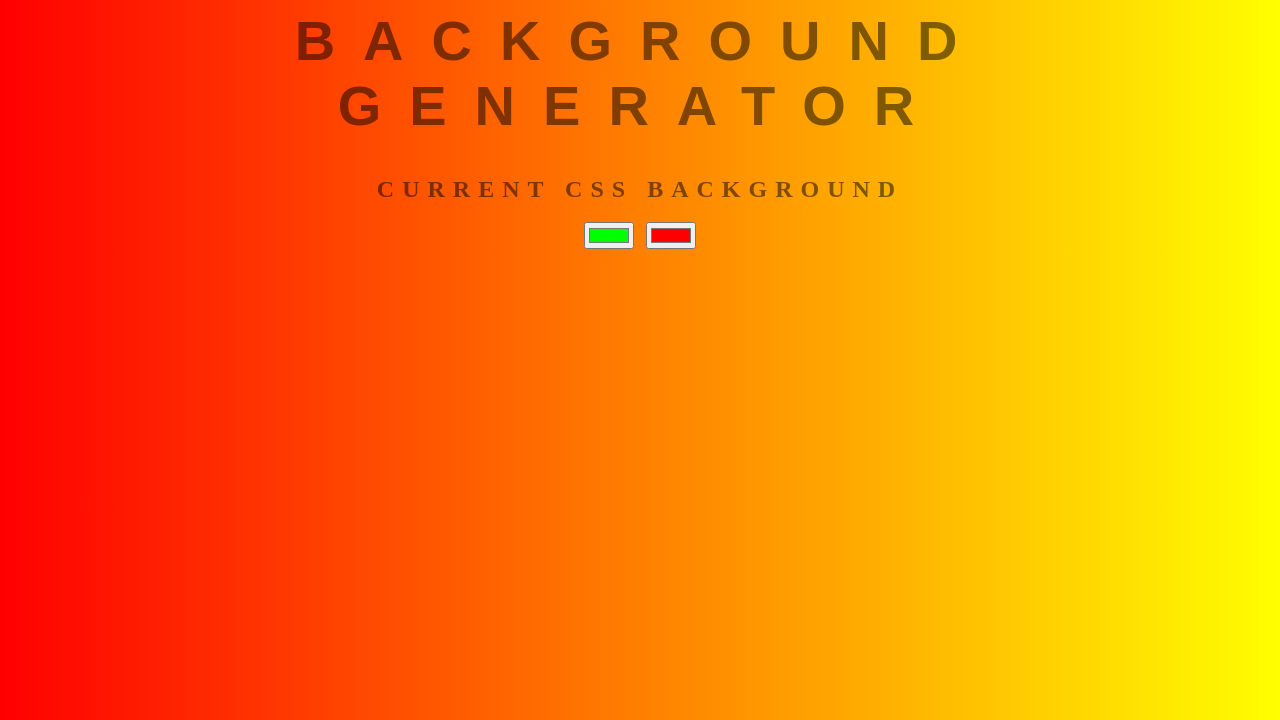
Repository: michalJanaGitHub/michalJanaGitHub.github.io
Page: projects in progress/11 Background Generator/index.html
An editor plug-in stored every save of this project. The page is shown before and after the next save, followed by the edit.
The browser window is 1280 px wide. The pictures show the whole page.

Above is the page before, as saved 2018-09-08 10:33:30.

After the next save:
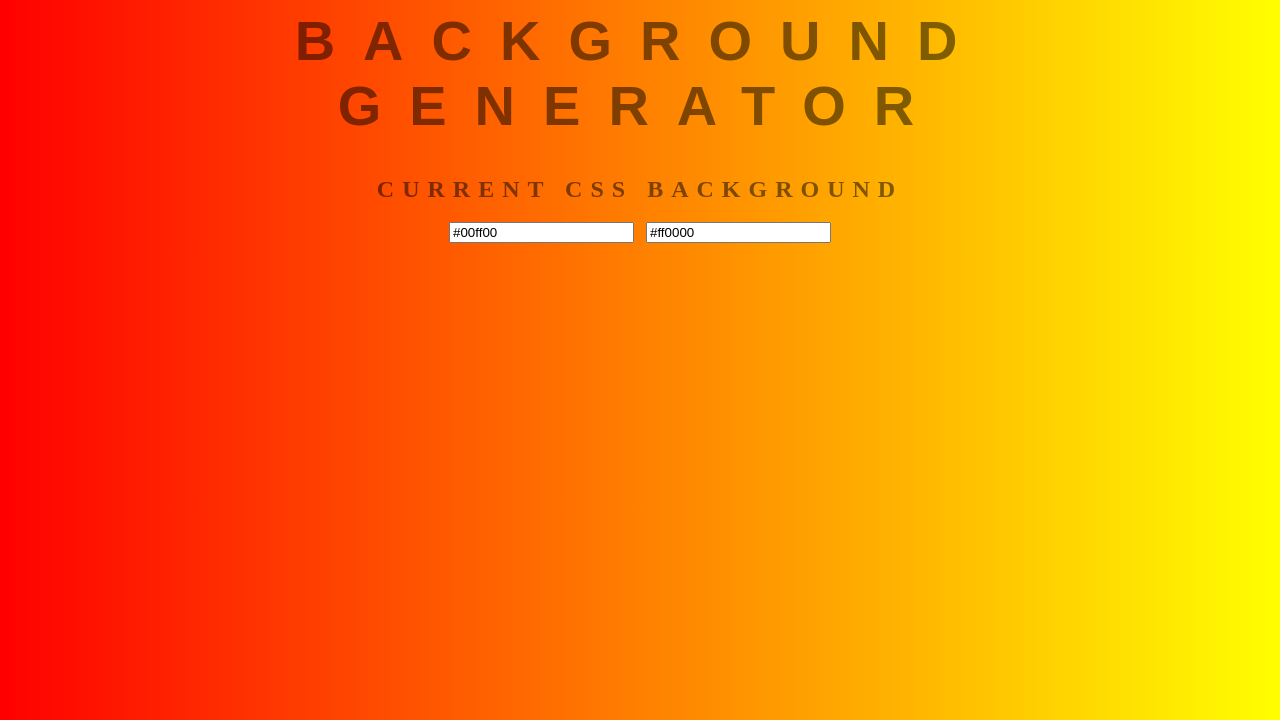
Saved 3 min 27 s later.
--- a/projects in progress/11 Background Generator/index.html
+++ b/projects in progress/11 Background Generator/index.html
@@ -11,10 +11,10 @@
 <body>
     <h1>Background Generator</h1>
     <h2>Current css Background</h2>
-    <input type="color" name="color1" value="#00ff00">
-    <input type="color" name="color2" value="#ff0000">
+    <input class="color1 type="color" name="color1" value="#00ff00">
+    <input class="color2 type="color" name="color2" value="#ff0000">
+    <h3></h3>
 
-    <h3></h3>
 
 
 </body>

After the 2 saves that followed:
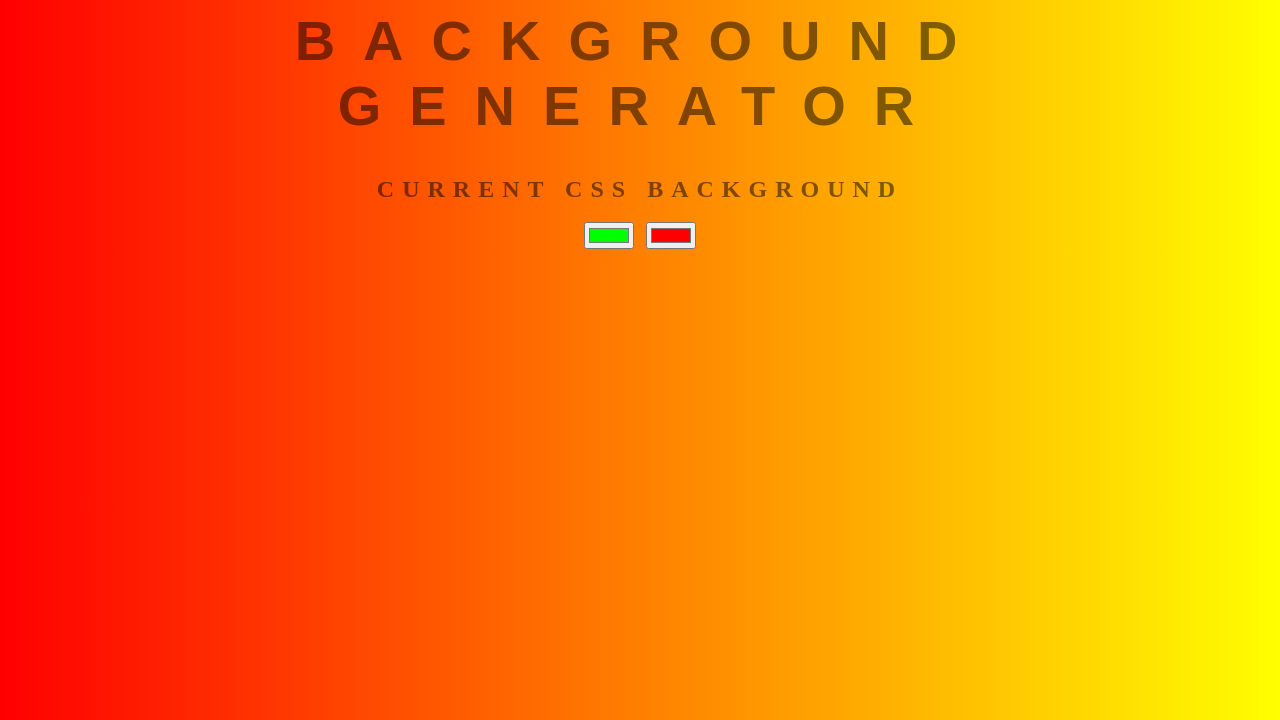
Console error: ReferenceError: consol is not defined
The 2 saves are shown as one change because 1 left the picture as it was.
The last was saved 3 min 27 s later.
--- a/projects in progress/11 Background Generator/index.html
+++ b/projects in progress/11 Background Generator/index.html
@@ -11,8 +11,8 @@
 <body>
     <h1>Background Generator</h1>
     <h2>Current css Background</h2>
-    <input class="color1 type="color" name="color1" value="#00ff00">
-    <input class="color2 type="color" name="color2" value="#ff0000">
+    <input class="color1" type="color" name="color1" value="#00ff00">
+    <input class="color2" type="color" name="color2" value="#ff0000">
     <h3></h3>
 
 
--- a/projects in progress/11 Background Generator/main.js
+++ b/projects in progress/11 Background Generator/main.js
@@ -1,3 +1,14 @@
+
+
 window.onload = function(){
 
+    var css = document.querySelector("h3");
+    var color1 = document.querySelector(".color1");
+    var color2 = document.querySelector(".color1");
+
+    console.log(css);
+    consol.log(color1);
+    consol.log(color2);
+
+
 };
